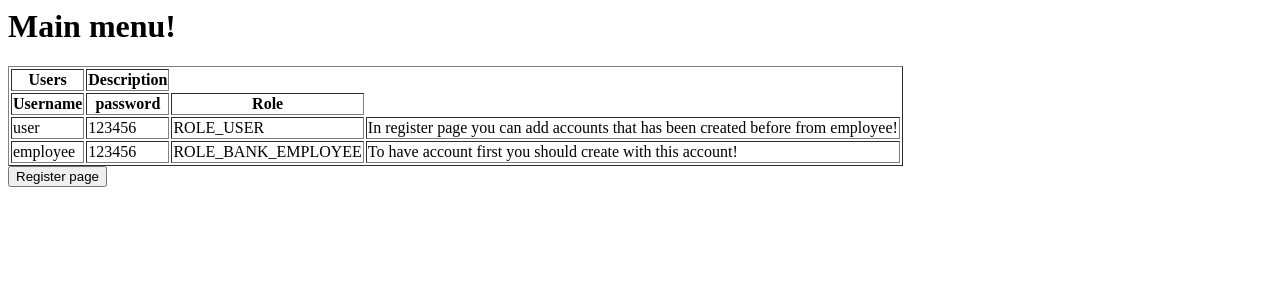
Repository: Aleksandyr/Java
Page: http://localhost/07.SpringSecurityHomework/WEB-INF/views/home.jsp
These files come from the project's save history. The page is drawn as it stood at one moment and after the next save; the edit follows.
The browser window is 1280 px wide. The pictures show the whole page.
The page is served by Tomcat 9. Nobody is signed in. Other server files are loaded and not shown. The template is opened directly, without the code that normally fills it, so the values that code supplies are empty.

Above is the page before, as saved 2016-03-03 14:31:36.

### Java-Web-Development-Homeworks/07.SpringSecurityHomework/src/main/webapp/WEB-INF/views/home.jsp
<%@ taglib uri="http://java.sun.com/jsp/jstl/core" prefix="c" %>
<%@ taglib prefix="sec" uri="http://www.springframework.org/security/tags" %>
<%@ page session="false" %>
<html>
<head>
	<title>Home</title>
</head>
	<body>
		<h1>
			Main menu!
		</h1>
		<table border="1">
			<tr>
				<th role="3">Users</th>
				<th>Description</th>
			</tr>
			<tr>
				<th>Username</th>
				<th>password</th>
				<th>Role</th>
			</tr>
			<tr>
				<td>user</td>
				<td>123456</td>
				<td>ROLE_USER</td>
				<td>In register page you can add accounts that has been created before from employee!</td>
			</tr>
			<tr>
				<td>employee</td>
				<td>123456</td>
				<td>ROLE_BANK_EMPLOYEE</td>
				<td>To have account first you should create with this account!</td>
			</tr>
		</table>

		<button type="button" onclick="location = 'registerPage'">Register page</button>
		<sec:authorize access="hasRole('ROLE_BANK_EMPLOYEE')">
			<button type="button" onclick="location = 'registerAccount'">New account</button>
			<button type="button" onclick="location = 'allAccounts'">All accounts</button>
		</sec:authorize>
		<sec:authorize access="hasRole('ROLE_USER')">
			<button type="button" onclick="location = 'userAccounts'">See my accounts</button>
		</sec:authorize>

		<c:if test="${not empty accounts}">
			<table border="1">
				<thead>
					<tr>
						<td>Account number</td>
						<td>Initial amount</td>
						<td>Currency</td>
					</tr>
				</thead>
			   	<tbody>
			        <c:forEach var="a" items="${accounts}">
			            <tr>
			                <td>${a.getAccNumber()}</td>
			                <td>${a.getInitialAmount()}</td>
			                <td>${a.getCurrency()}</td>
			            </tr>
			        </c:forEach>
			     </tbody>
			</table>
		</c:if>
		<c:if test="${not empty userAccounts}">
			<table border="1">
				<thead>
					<tr>
						<td>Username</td>
						<td>Account number</td>
						<td>Initial amount</td>
						<td>Currency</td>
					</tr>
				</thead>
			   	<tbody>
			        <c:forEach var="a" items="${userAccounts}">
			            <tr>
			            	<td>${user.getUsername()}</td>
			                <td>${a.getAccNumber()}</td>
			                <td>${a.getInitialAmount()}</td>
			                <td>${a.getCurrency()}</td>
			            </tr>
			        </c:forEach>
			     </tbody>
			</table>
		</c:if>
	</body>
</html>

After the next save:
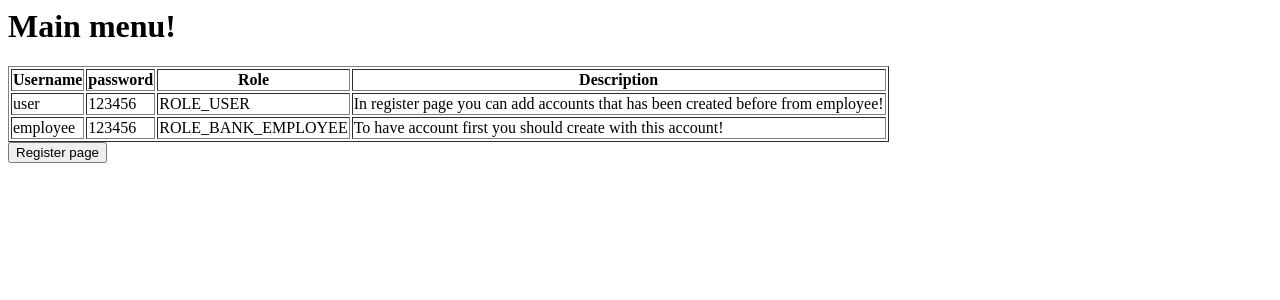
Saved 20 s later.
--- a/Java-Web-Development-Homeworks/07.SpringSecurityHomework/src/main/webapp/WEB-INF/views/home.jsp
+++ b/Java-Web-Development-Homeworks/07.SpringSecurityHomework/src/main/webapp/WEB-INF/views/home.jsp
@@ -11,13 +11,10 @@
 		</h1>
 		<table border="1">
 			<tr>
-				<th role="3">Users</th>
-				<th>Description</th>
-			</tr>
-			<tr>
 				<th>Username</th>
 				<th>password</th>
 				<th>Role</th>
+				<th>Description</th>
 			</tr>
 			<tr>
 				<td>user</td>
